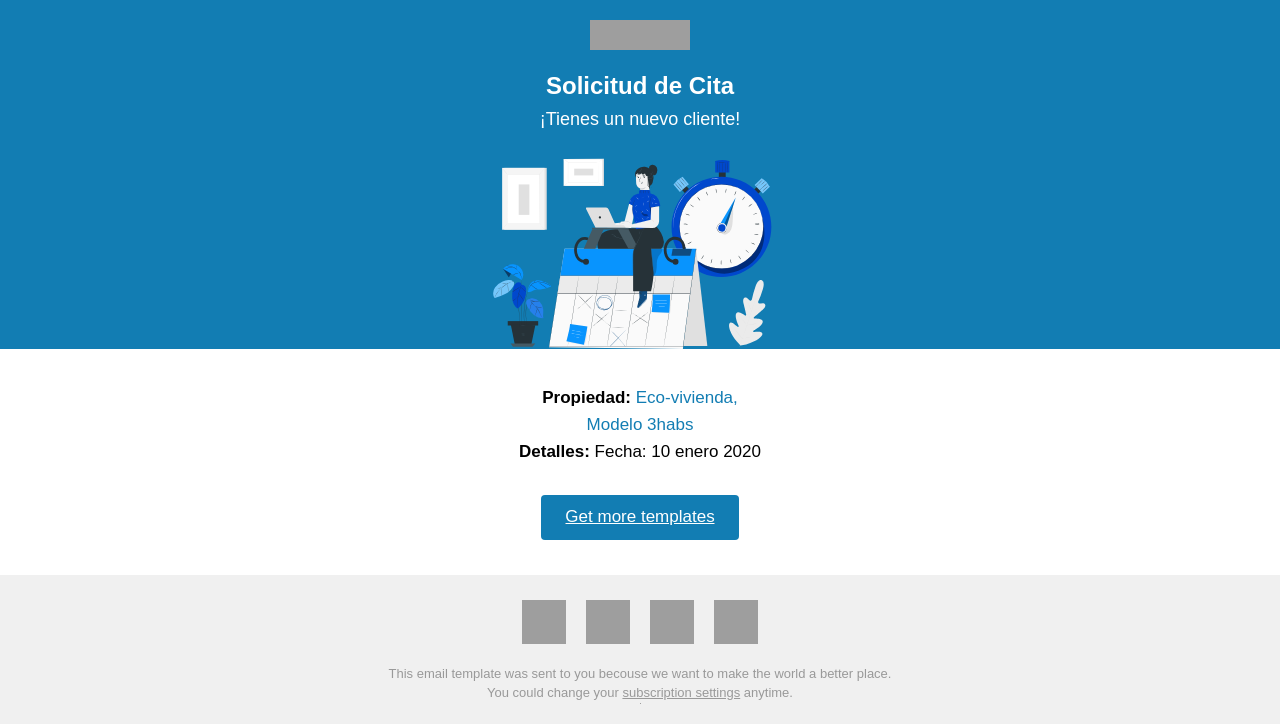
Repository: FabioMadrid/atlas_code
Page: correo_cita_vendedor.html
An editor plug-in stored every save of this project. The page is shown before and after the next save, followed by the edit.
The browser window is 1280 px wide. The pictures show the whole page.
Pictures or frames that could not be fetched are drawn as grey boxes.

Above is the page before, as saved 2021-01-14 16:31:26.

### correo_cita_vendedor.html
<html xmlns="http://www.w3.org/1999/xhtml">
<head>
	<meta http-equiv="content-type" content="text/html; charset=utf-8">
  	<meta name="viewport" content="width=device-width, initial-scale=1.0;">
 	<meta name="format-detection" content="telephone=no"/>

	<style>
/* Reset styles */
    body {
        margin: 0; padding: 0; min-width: 100%; width: 100% !important; height: 100% !important;
        }
    body, table, td, div, p, a {
        -webkit-font-smoothing: antialiased; text-size-adjust: 100%; -ms-text-size-adjust: 100%;
        -webkit-text-size-adjust: 100%; line-height: 100%;
        }
    table, td {
         mso-table-lspace: 0pt; mso-table-rspace: 0pt;
         border-collapse: collapse !important; border-spacing: 0; }
    img {
        border: 0; line-height: 100%; outline: none; text-decoration: none;
        -ms-interpolation-mode: bicubic;
        }
    #outlook a { padding: 0; }
    .ReadMsgBody { width: 100%; }
    .ExternalClass { width: 100%; }
    .ExternalClass, .ExternalClass p, .ExternalClass span, .ExternalClass font, .E
    xternalClass td, .ExternalClass div {
        line-height: 100%;
        }

/* Extra floater space for advanced mail clients only */
@media all and (max-width: 600px) {
	.floater { width: 320px; }
}

/* Set color for auto links (addresses, dates, etc.) */
a, a:hover {
	color: #127DB3;
}
.footer a, .footer a:hover {
	color: #999999;
}

 	</style>

	<!-- MESSAGE SUBJECT -->
	<title>Cita Confirmada</title>

</head>

<!-- BODY -->
<!-- Set message background color (twice) and text color (twice) -->
<body topmargin="0" rightmargin="0" bottommargin="0" leftmargin="0" marginwidth="0" marginheight="0" width="100%" style="border-collapse: collapse; border-spacing: 0; margin: 0; padding: 0; width: 100%; height: 100%; -webkit-font-smoothing: antialiased; text-size-adjust: 100%; -ms-text-size-adjust: 100%; -webkit-text-size-adjust: 100%; line-height: 100%;
	background-color: #FFFFFF;
	color: #000000;"
	bgcolor="#FFFFFF"
	text="#000000">

<!-- SECTION / BACKGROUND -->
<!-- Set section background color -->
<table width="100%" align="center" border="0" cellpadding="0" cellspacing="0" style="border-collapse: collapse; border-spacing: 0; margin: 0; padding: 0; width: 100%;" class="background"><tr><td align="center" valign="top" style="border-collapse: collapse; border-spacing: 0; margin: 0; padding: 0;"
	bgcolor="#127DB3">

<!-- WRAPPER -->
<!-- Set wrapper width (twice) -->
<table border="0" cellpadding="0" cellspacing="0" align="center"
	width="600" style="border-collapse: collapse; border-spacing: 0; padding: 0; width: inherit;
	max-width: 600px;" class="wrapper">

	<tr>
		<td align="center" valign="top" style="border-collapse: collapse; border-spacing: 0; margin: 0; padding: 0; padding-left: 6.25%; padding-right: 6.25%; width: 87.5%;
			padding-top: 20px;">

			<!-- PREHEADER -->
			<!-- Set text color to background color -->
			<div style="display: none; visibility: hidden; overflow: hidden; opacity: 0; font-size: 1px; line-height: 1px; height: 0; max-height: 0; max-width: 0;
			color: #FFFFFF;" class="preheader">
				Available on&nbsp;GitHub and&nbsp;CodePen. holis aqui va un texto</div>

			<!-- LOGO -->
			<!-- Image text color should be opposite to background color. Set your url, image src, alt and title. Alt text should fit the image size. Real image size should be x2. URL format: http://domain.com/?utm_source={{Campaign-Source}}&utm_medium=email&utm_content=logo&utm_campaign={{Campaign-Name}} -->
			<a target="_blank" style="text-decoration: none;"
				href="https://github.com/konsav/email-templates/"><img border="0" vspace="0" hspace="0"
				src="https://raw.githubusercontent.com/konsav/email-templates/master/images/logo-white.png"
				width="100" height="30"
				alt="Logo" title="Logo" style="
				color: #000000;
				font-size: 10px; margin: 0; padding: 0; outline: none; text-decoration: none; -ms-interpolation-mode: bicubic; border: none; display: block;" /></a>

		</td>
	</tr>

	<!-- HEADER -->
	<!-- Set text color and font family ("sans-serif" or "Georgia, serif") -->
	<tr>
		<td align="center" valign="top" style="border-collapse: collapse; border-spacing: 0; margin: 0; padding: 0; padding-left: 6.25%; padding-right: 6.25%; width: 87.5%; font-size: 24px; font-weight: bold; line-height: 130%;
			padding-top: 20px;
			color: #FFFFFF;
			font-family: sans-serif;" class="header">
				Solicitud de Cita
		</td>
	</tr>

	<!-- SUBHEADER -->
	<!-- Set text color and font family ("sans-serif" or "Georgia, serif") -->
	<tr>
		<td align="center" valign="top" style="border-collapse: collapse; border-spacing: 0; margin: 0; padding: 0; padding-bottom: 3px; padding-left: 6.25%; padding-right: 6.25%; width: 87.5%; font-size: 18px; font-weight: 300; line-height: 150%;
			padding-top: 5px;
			color: #FFFFFF;
			font-family: sans-serif;" class="subheader">
				¡Tienes un nuevo cliente!
		</td>
	</tr>

	<!-- HERO IMAGE -->
	<!-- Image text color should be opposite to background color. Set your url, image src, alt and title. Alt text should fit the image size. Real image size should be x2 (wrapper x2). Do not set height for flexible images (including "auto"). URL format: http://domain.com/?utm_source={{Campaign-Source}}&utm_medium=email&utm_content={{Ìmage-Name}}&utm_campaign={{Campaign-Name}} -->
	<tr>
		<td align="center" valign="top" style="border-collapse: collapse; border-spacing: 0; margin: 0; padding: 0;
			padding-top: 20px;" class="hero"><a target="_blank" style="text-decoration: none;"
			href="#"><img border="0" vspace="0" hspace="0"
			src="./svg/calendario_mujer.svg"
			alt="Please enable images to view this content" title="Hero Image"
			width="530" style="
			width: 88.33%;
			max-width: 530px;
			color: #FFFFFF; font-size: 13px; margin: 0; padding: 0; outline: none; text-decoration: none; -ms-interpolation-mode: bicubic; border: none; display: block;"/></a></td>
	</tr>


<!-- End of WRAPPER -->
</table>

<!-- SECTION / BACKGROUND -->
<!-- Set section background color -->
</td></tr><tr><td align="center" valign="top" style="border-collapse: collapse; border-spacing: 0; margin: 0; padding: 0;
	padding-top: 5px;"
	bgcolor="#FFFFFF">

<!-- WRAPPER -->
<!-- Set conteiner background color -->
<table border="0" cellpadding="0" cellspacing="0" align="center"
	width="600" style="border-collapse: collapse; border-spacing: 0; padding: 0; width: inherit;
	max-width: 600px;">

	<!-- FLOATERS -->
	<!-- Floaters (left align tables) need extra 10px spacing in a line (Outlook fix). Floater table width = (wrapper width / 2) - 10px. Set text color and font family ("sans-serif" or "Georgia, serif"). Duplicate all text styles in links, including line-height. Image text color should be opposite to background color. Set your url, image src, alt and title. Alt text should fit the image size. Real image size should be x2. Do not set height for flexible images (including "auto"). URL format: http://domain.com/?utm_source={{Campaign-Source}}&utm_medium=email&utm_content={{Ìmage-Name}}&utm_campaign={{Campaign-Name}} -->
	<tr>
        <td align="center" valign="top" style="border-collapse: collapse; border-spacing: 0; margin: 0; padding: 0; padding-left: 10px; padding-right: 10px;" class="floaters">
        <table width="280" border="0" cellpadding="0" cellspacing="0" align="left" valign="top" style="border-collapse: collapse; mso-table-lspace: 0pt; mso-table-rspace: 0pt; border-spacing: 0; margin: 0; padding: 0; display: inline-table; float: none;" class="floater"><tr><td align="center" valign="top" style="border-collapse: collapse; border-spacing: 0; margin: 0; padding: 0; padding-left: 15px; padding-right: 15px; font-size: 17px; font-weight: 400; line-height: 160%;
			padding-top: 30px;
			font-family: sans-serif;
            color: #000000;">
            <b>Propiedad:</b>

            <a target="_blank" style="text-decoration: none;
			font-size: 17px; line-height: 160%;"
            href="https://atlashome.hn/vistaCondominio/14">Eco-vivienda, Modelo 3habs</b></a> <br>

            <b>Detalles:</b>

            Fecha: 10 enero 2020

        </td>
    </tr>
    </table>


	<!-- BUTTON -->
	<!-- Set button background color at TD, link/text color at A and TD, font family ("sans-serif" or "Georgia, serif") at TD. For verification codes add "letter-spacing: 5px;". Link format: http://domain.com/?utm_source={{Campaign-Source}}&utm_medium=email&utm_content={{Button-Name}}&utm_campaign={{Campaign-Name}} -->
 	<tr>
		<td align="center" valign="top" style="border-collapse: collapse; border-spacing: 0; margin: 0; padding: 0; padding-left: 6.25%; padding-right: 6.25%; width: 87.5%;
			padding-top: 30px;
			padding-bottom: 35px;" class="button"><a
			href="https://github.com/konsav/email-templates/" target="_blank" style="text-decoration: underline;">
				<table border="0" cellpadding="0" cellspacing="0" align="center" style="max-width: 240px; min-width: 120px; border-collapse: collapse; border-spacing: 0; padding: 0;"><tr><td align="center" valign="middle" style="padding: 12px 24px; margin: 0; text-decoration: underline; border-collapse: collapse; border-spacing: 0; border-radius: 4px; -webkit-border-radius: 4px; -moz-border-radius: 4px; -khtml-border-radius: 4px;"
					bgcolor="#127DB3"><a target="_blank" style="text-decoration: underline;
					color: #FFFFFF; font-family: sans-serif; font-size: 17px; font-weight: 400; line-height: 120%;"
					href="https://github.com/konsav/email-templates/">
						Get more templates
					</a>
			</td></tr></table></a>
		</td>
	</tr>

<!-- End of WRAPPER -->
</table>

<!-- SECTION / BACKGROUND -->
<!-- Set section background color -->
</td></tr><tr><td align="center" valign="top" style="border-collapse: collapse; border-spacing: 0; margin: 0; padding: 0;"
	bgcolor="#F0F0F0">

<!-- WRAPPER -->
<!-- Set wrapper width (twice) -->
<table border="0" cellpadding="0" cellspacing="0" align="center"
	width="600" style="border-collapse: collapse; border-spacing: 0; padding: 0; width: inherit;
	max-width: 600px;" class="wrapper">

	<!-- SOCIAL NETWORKS -->
	<!-- Image text color should be opposite to background color. Set your url, image src, alt and title. Alt text should fit the image size. Real image size should be x2 -->
	<tr>
		<td align="center" valign="top" style="border-collapse: collapse; border-spacing: 0; margin: 0; padding: 0; padding-left: 6.25%; padding-right: 6.25%; width: 87.5%;
			padding-top: 25px;" class="social-icons"><table
			width="256" border="0" cellpadding="0" cellspacing="0" align="center" style="border-collapse: collapse; border-spacing: 0; padding: 0;">
			<tr>

				<!-- ICON 1 -->
				<td align="center" valign="middle" style="margin: 0; padding: 0; padding-left: 10px; padding-right: 10px; border-collapse: collapse; border-spacing: 0;"><a target="_blank"
					href="https://raw.githubusercontent.com/konsav/email-templates/"
				style="text-decoration: none;"><img border="0" vspace="0" hspace="0" style="padding: 0; margin: 0; outline: none; text-decoration: none; -ms-interpolation-mode: bicubic; border: none; display: inline-block;
					color: #000000;"
					alt="F" title="Facebook"
					width="44" height="44"
					src="https://raw.githubusercontent.com/konsav/email-templates/master/images/social-icons/facebook.png"></a></td>

				<!-- ICON 2 -->
				<td align="center" valign="middle" style="margin: 0; padding: 0; padding-left: 10px; padding-right: 10px; border-collapse: collapse; border-spacing: 0;"><a target="_blank"
					href="https://raw.githubusercontent.com/konsav/email-templates/"
				style="text-decoration: none;"><img border="0" vspace="0" hspace="0" style="padding: 0; margin: 0; outline: none; text-decoration: none; -ms-interpolation-mode: bicubic; border: none; display: inline-block;
					color: #000000;"
					alt="T" title="Twitter"
					width="44" height="44"
					src="https://raw.githubusercontent.com/konsav/email-templates/master/images/social-icons/twitter.png"></a></td>

				<!-- ICON 3 -->
				<td align="center" valign="middle" style="margin: 0; padding: 0; padding-left: 10px; padding-right: 10px; border-collapse: collapse; border-spacing: 0;"><a target="_blank"
					href="https://raw.githubusercontent.com/konsav/email-templates/"
				style="text-decoration: none;"><img border="0" vspace="0" hspace="0" style="padding: 0; margin: 0; outline: none; text-decoration: none; -ms-interpolation-mode: bicubic; border: none; display: inline-block;
					color: #000000;"
					alt="G" title="Google Plus"
					width="44" height="44"
					src="https://raw.githubusercontent.com/konsav/email-templates/master/images/social-icons/googleplus.png"></a></td>

				<!-- ICON 4 -->
				<td align="center" valign="middle" style="margin: 0; padding: 0; padding-left: 10px; padding-right: 10px; border-collapse: collapse; border-spacing: 0;"><a target="_blank"
					href="https://raw.githubusercontent.com/konsav/email-templates/"
				style="text-decoration: none;"><img border="0" vspace="0" hspace="0" style="padding: 0; margin: 0; outline: none; text-decoration: none; -ms-interpolation-mode: bicubic; border: none; display: inline-block;
					color: #000000;"
					alt="I" title="Instagram"
					width="44" height="44"
					src="https://raw.githubusercontent.com/konsav/email-templates/master/images/social-icons/instagram.png"></a></td>

			</tr>
			</table>
		</td>
	</tr>

	<!-- FOOTER -->
	<!-- Set text color and font family ("sans-serif" or "Georgia, serif"). Duplicate all text styles in links, including line-height -->
	<tr>
		<td align="center" valign="top" style="border-collapse: collapse; border-spacing: 0; margin: 0; padding: 0; padding-left: 6.25%; padding-right: 6.25%; width: 87.5%; font-size: 13px; font-weight: 400; line-height: 150%;
			padding-top: 20px;
			padding-bottom: 20px;
			color: #999999;
			font-family: sans-serif;" class="footer">

				This email template was sent to&nbsp;you becouse we&nbsp;want to&nbsp;make the&nbsp;world a&nbsp;better place.<br/> You&nbsp;could change your <a href="https://github.com/konsav/email-templates/" target="_blank" style="text-decoration: underline; color: #999999; font-family: sans-serif; font-size: 13px; font-weight: 400; line-height: 150%;">subscription settings</a> anytime.

				<!-- ANALYTICS -->
				<!-- https://www.google-analytics.com/collect?v=1&tid={{UA-Tracking-ID}}&cid={{Client-ID}}&t=event&ec=email&ea=open&cs={{Campaign-Source}}&cm=email&cn={{Campaign-Name}} -->
				<img width="1" height="1" border="0" vspace="0" hspace="0" style="margin: 0; padding: 0; outline: none; text-decoration: none; -ms-interpolation-mode: bicubic; border: none; display: block;"
				src="https://raw.githubusercontent.com/konsav/email-templates/master/images/tracker.png" />

		</td>
	</tr>

<!-- End of WRAPPER -->
</table>

<!-- End of SECTION / BACKGROUND -->
</td></tr></table>

</body>
</html>

After the next save:
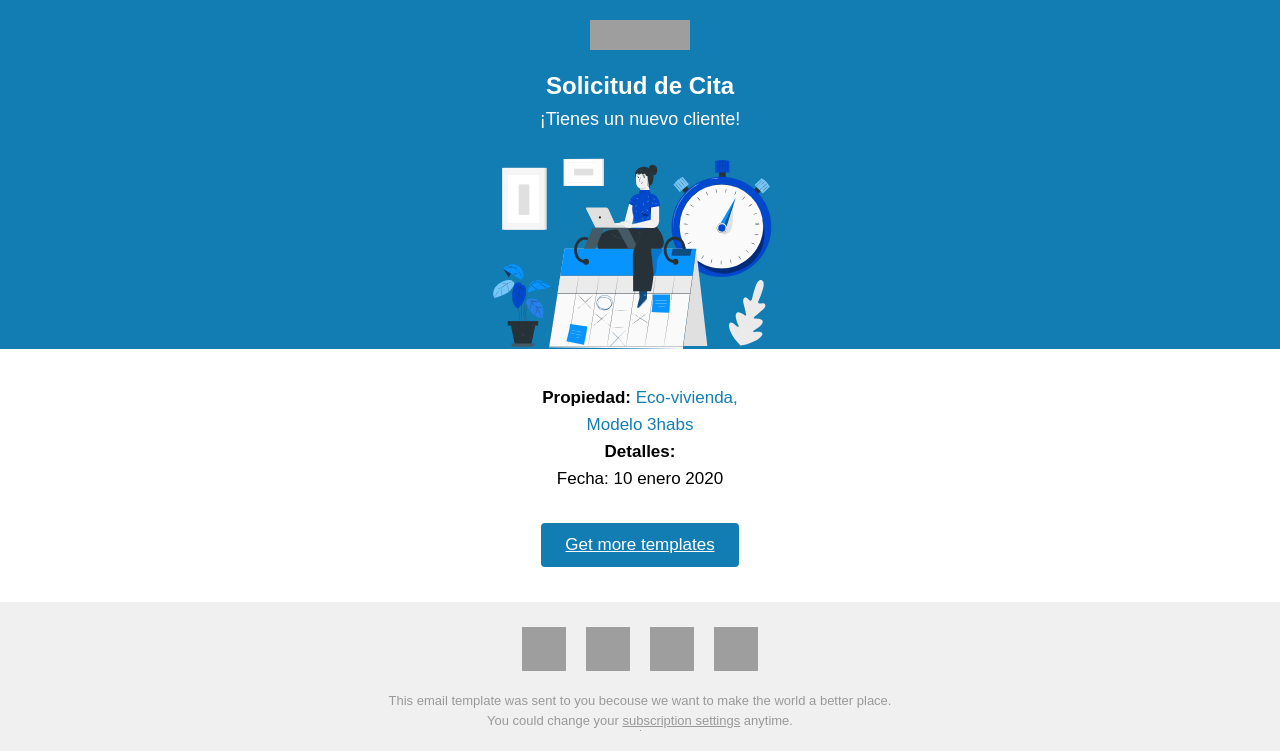
Saved 8 s later.
--- a/correo_cita_vendedor.html
+++ b/correo_cita_vendedor.html
@@ -156,7 +156,7 @@ a, a:hover {
 			font-size: 17px; line-height: 160%;"
             href="https://atlashome.hn/vistaCondominio/14">Eco-vivienda, Modelo 3habs</b></a> <br>
 
-            <b>Detalles:</b>
+            <b>Detalles:</b> <br>
 
             Fecha: 10 enero 2020
 
